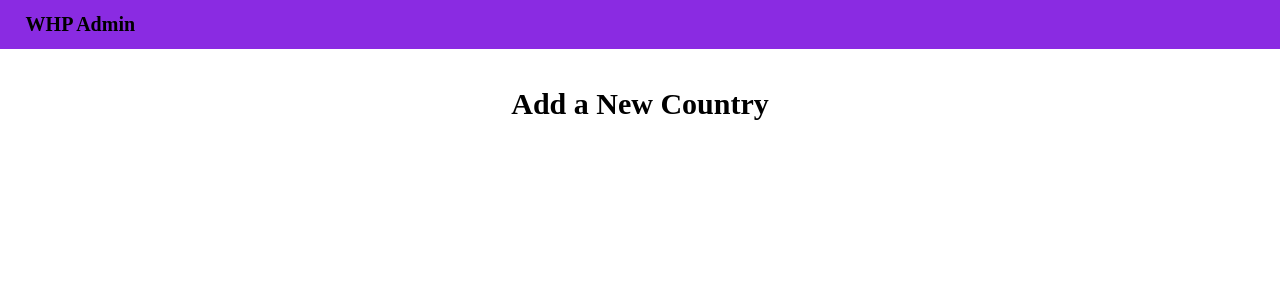
Repository: sabinaPetrisor/World_Hour_Project
Page: http://localhost/WorldHourProject/jsp/add-country.jsp
The author's editor kept a copy of each file at every save. The page is drawn from the files as they stood at one save, then again after the next save.
The browser window is 1280 px wide. The page is 1280 px wide, then 1288 px, so the pictures cover 1288 px, including what lies to the right of the window. The pictures show the whole page.
The page is served by Tomcat 9. Other server files are loaded and not shown.

Above is the page before, as saved 2023-08-04 12:09:08.

### WorldHourProject/src/main/webapp/jsp/add-country.jsp
<%@ page language="java" contentType="text/html; charset=UTF-8"
    pageEncoding="UTF-8"%>
<!DOCTYPE html>
<html>
<head>
	<meta name="viewport" content="width=device-width, initial-scale=1" charset="UTF-8">
	<title>World Hour Project Add Country</title>
	<style> <%@include file="../css/navbar.css" %> </style>
	<style> <%@include file="../css/admin.css" %> </style>
	<style> <%@include file="../css/add-page-admin.css" %> </style>
</head>
<body>
	<%@include file="navbar.jsp" %>

	<div class="content-container">
		<p class="content-container-title">Add a New Country</p>
		<div class="add-form-container">
			<form class="add-form">

			</form>
		</div>
	</div>
</body>
</html>

### WorldHourProject/src/main/webapp/css/navbar.css
.header-container {
	position: relative;
	width: 100%;
	background-color: blueviolet;
	display: flex;
}

.header-title {
	padding-top: 1%;
	padding-bottom: 1%;
	margin-left: 2%;
	margin-right: 2%;
}

.home-page-title {
	font-size: 20px;
	font-weight: bold;
	width: auto;
}

.home-page-title:hover {
	color: cadetblue;
	cursor: pointer;
}

### WorldHourProject/src/main/webapp/css/admin.css
@charset "UTF-8";
* {
	margin: 0;
	width: 100%;
}

.content-container {
	margin-top: 3%;
}

.content-container-title {
	text-align: center;
	font-size: 30px;
	font-weight: bold;
	margin-bottom: 3%;
}

.btn-container {
	display: flex;
	justify-content: center;
}

.add-button {
	padding: 1%;
	margin-bottom: 3%;
	background-color: blueviolet;
	border: none;
	text-align: center;
	font-weight: bold;
	width:auto;
	cursor: pointer;
}

.tbl {
	margin: 0 auto;
	border-collapse: collapse;
	table-layout: auto;
	width: auto;

}

.tbl-col-names {
	border: 2px solid blueviolet;
	background-color: blueviolet;
}

.tbl td, .tbl-col-names th {
  border: 1px solid #dddddd;
  text-align: center;
  width: auto;
}

.tbl tr:nth-child(even) {
  background-color: #dddddd;
}

### WorldHourProject/src/main/webapp/css/add-page-admin.css
@charset "UTF-8";
* {
	margin: 0;
	width: 100%;
}

### WorldHourProject/src/main/webapp/jsp/navbar.jsp
<div class="header-container">
	<div class="header-title">
		<span class="home-page-title">WHP Admin</span>
	</div>
</div>

After the next save:
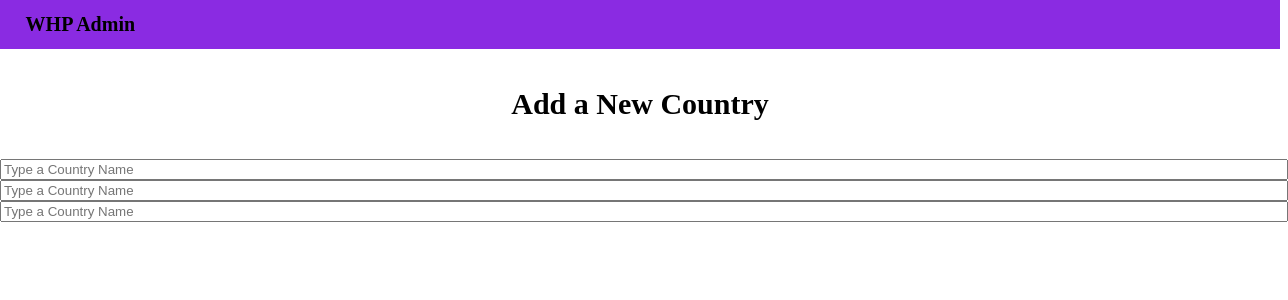
Saved 11 min 43 s later.
--- a/WorldHourProject/src/main/webapp/jsp/add-country.jsp
+++ b/WorldHourProject/src/main/webapp/jsp/add-country.jsp
@@ -16,7 +16,9 @@
 		<p class="content-container-title">Add a New Country</p>
 		<div class="add-form-container">
 			<form class="add-form">
-
+				<input type="text" placeholder="Type a Country Name" class="insert-text" name="country-name">
+				<input type="text" placeholder="Type a Country Name" class="insert-text" name="country-capital">
+				<input type="text" placeholder="Type a Country Name" class="insert-text" name="country-continent">
 			</form>
 		</div>
 	</div>
